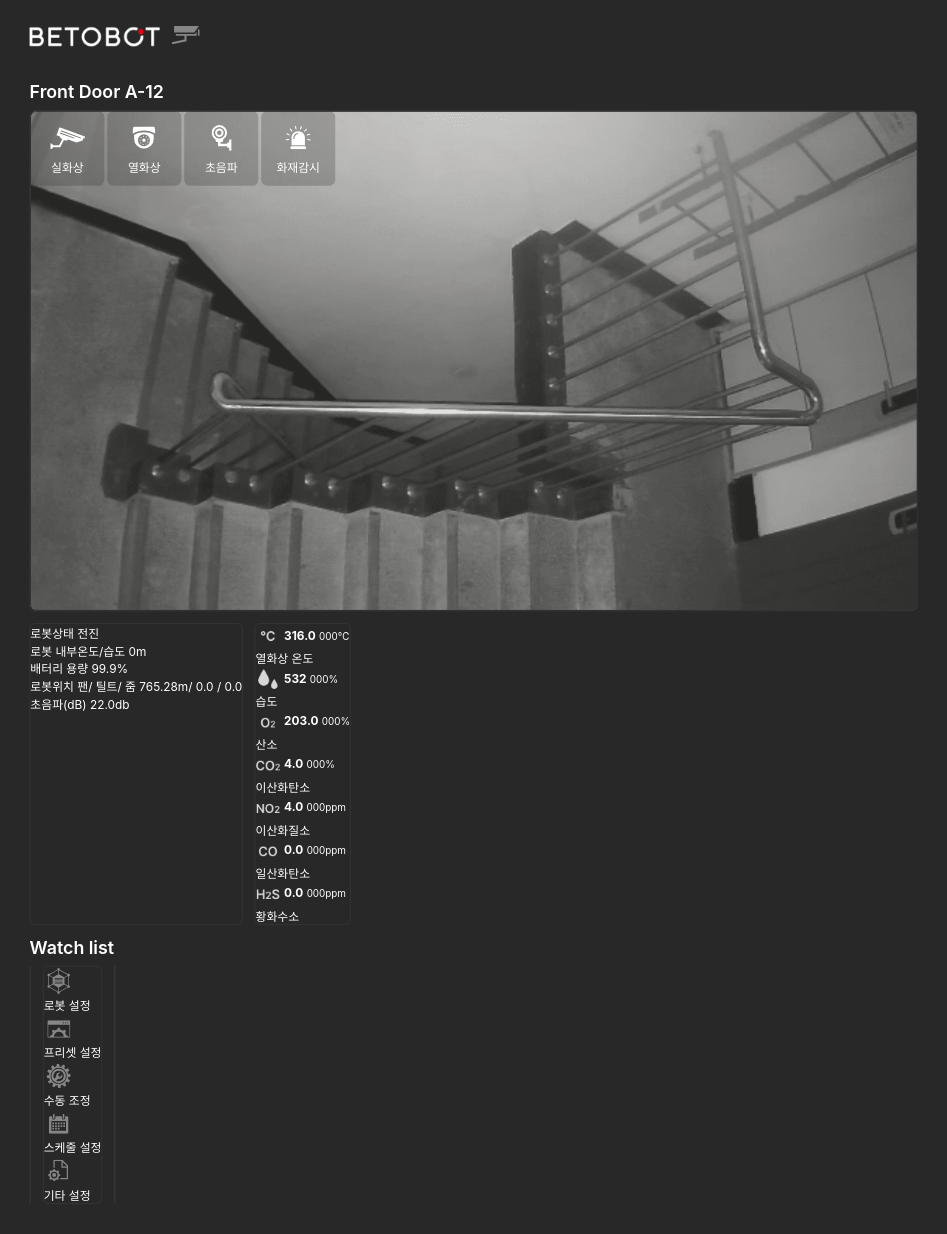
Repository: jang0ha/betobot
Page: content/main/main.html
The author's editor kept a copy of each file at every save. The page is drawn from the files as they stood at one save, then again after the next save.
The browser window is 1280 px wide. The pictures show the whole page, at 74% of full size.
Some web fonts or font styles are not loaded; a fallback is used. The style sheet was rebuilt from its Sass, Less or Tailwind sources for each picture, by a compiler version that may differ from the author's.

Above is the page before, as saved 2022-07-12 17:32:41.

After the next save:
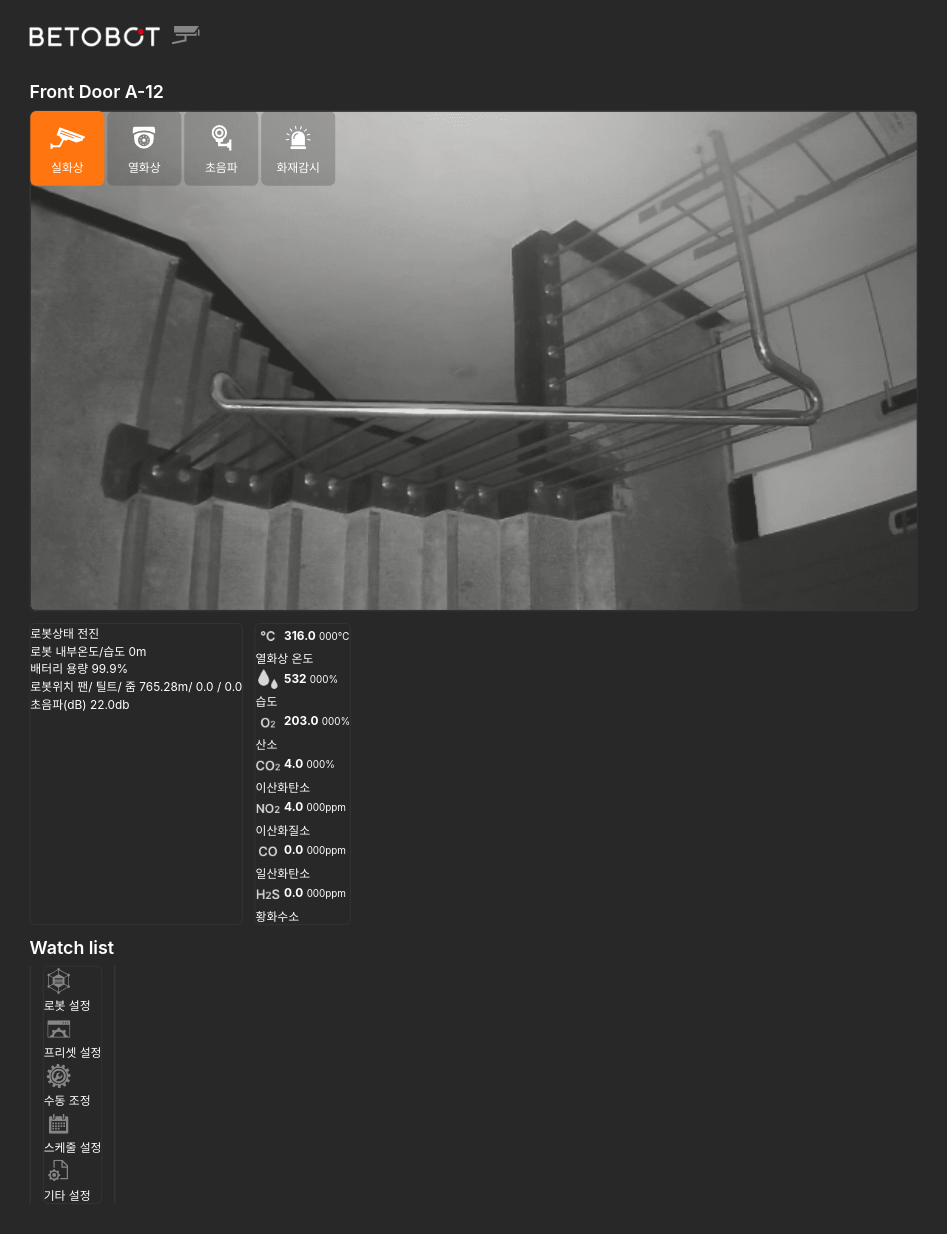
Saved 2 min 31 s later.
--- a/resources/scss/style.scss
+++ b/resources/scss/style.scss
@@ -146,6 +146,9 @@
                 p{
                     margin-top: 4px;
                 }
+                &.active{
+                    background-color: #ff7510;
+                }
             }
         }
     }
